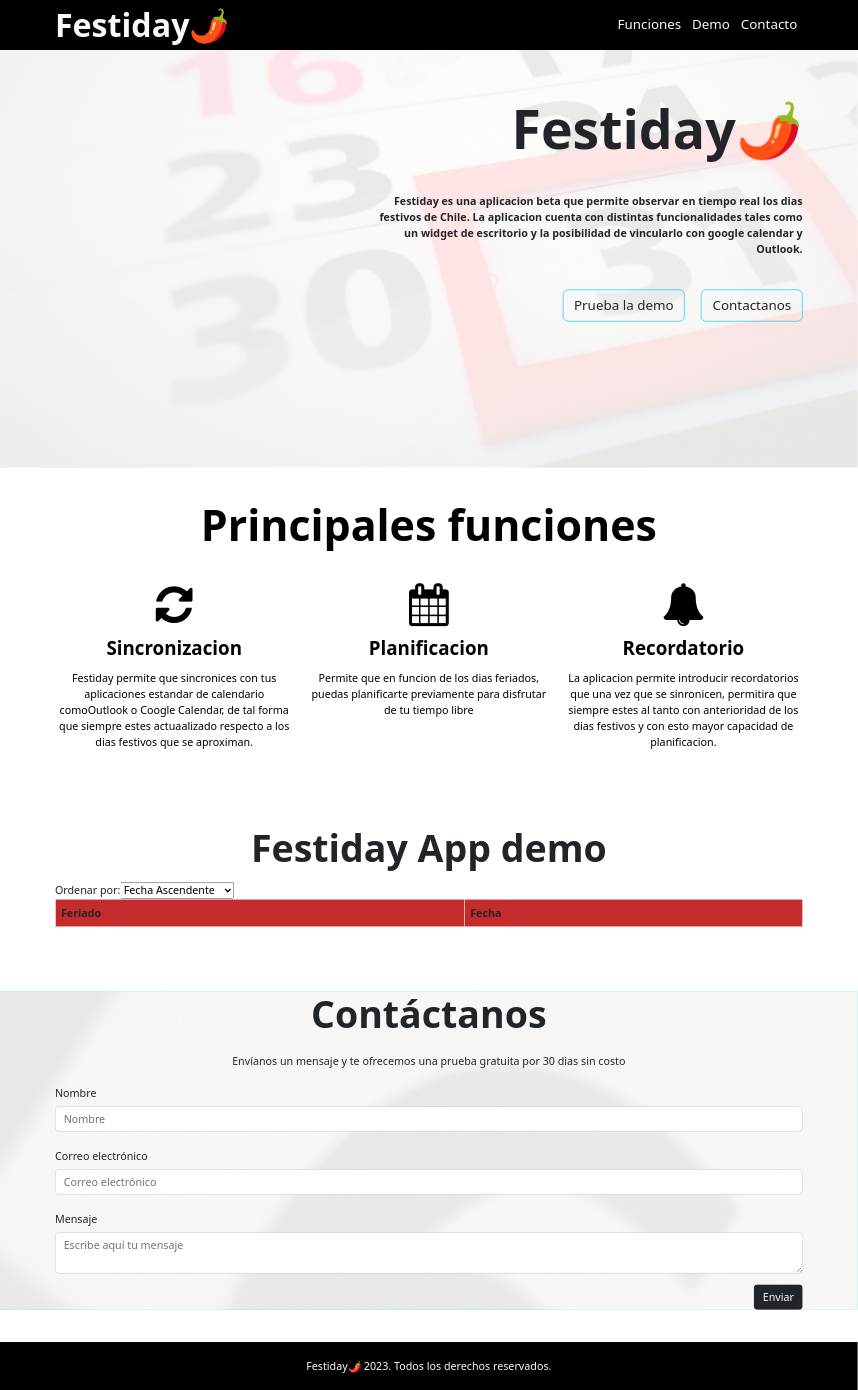
Repository: cvalenciapatagonia/Desafio-4-React-I
Page: /
The author's editor kept a copy of each file at every save. The page is drawn from the files as they stood at one save, then again after the next save.
The browser window is 1280 px wide. The pictures show the whole page, at 67% of full size.
The page's requests for data from a server got no answer. The project was rebuilt for these pictures with package versions that can differ from the ones it lists, and the page was loaded fresh each time. No one was signed in, and anything a server would have sent is missing. Also part of the build but not shown: vite.config.js, src/App.css.

Above is the page before, as saved 2023-09-08 16:10:47.

After the next save:
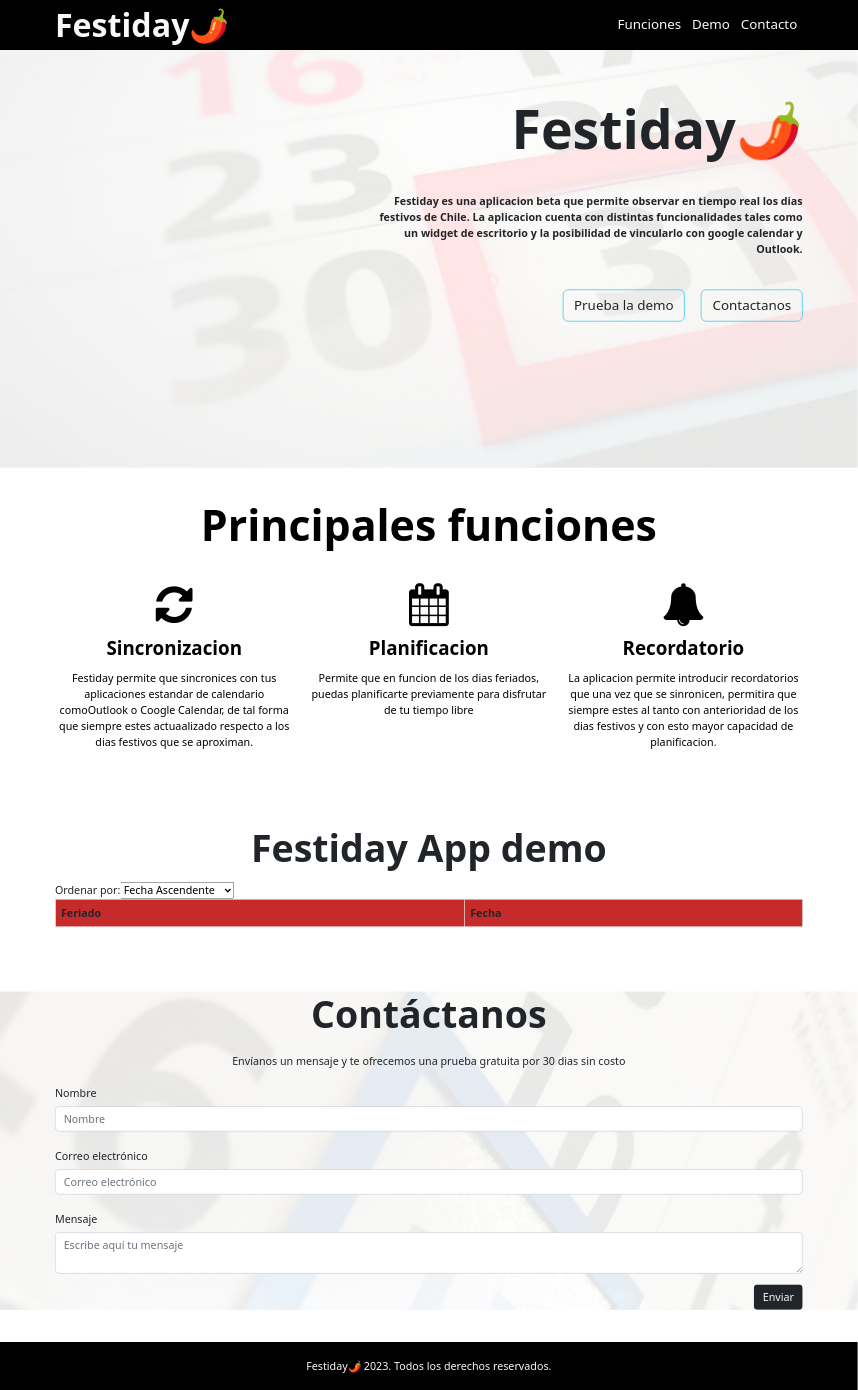
Saved 20 s later.
--- a/src/index.css
+++ b/src/index.css
@@ -51,7 +51,9 @@ table th {
 
 #contact-container {
   background-image: url(./assets/img/bg2.jpg);
-  background-color: aqua;
+  background-repeat: no-repeat;
+  background-size: cover;
+  background-position: left;
 
 }
 
